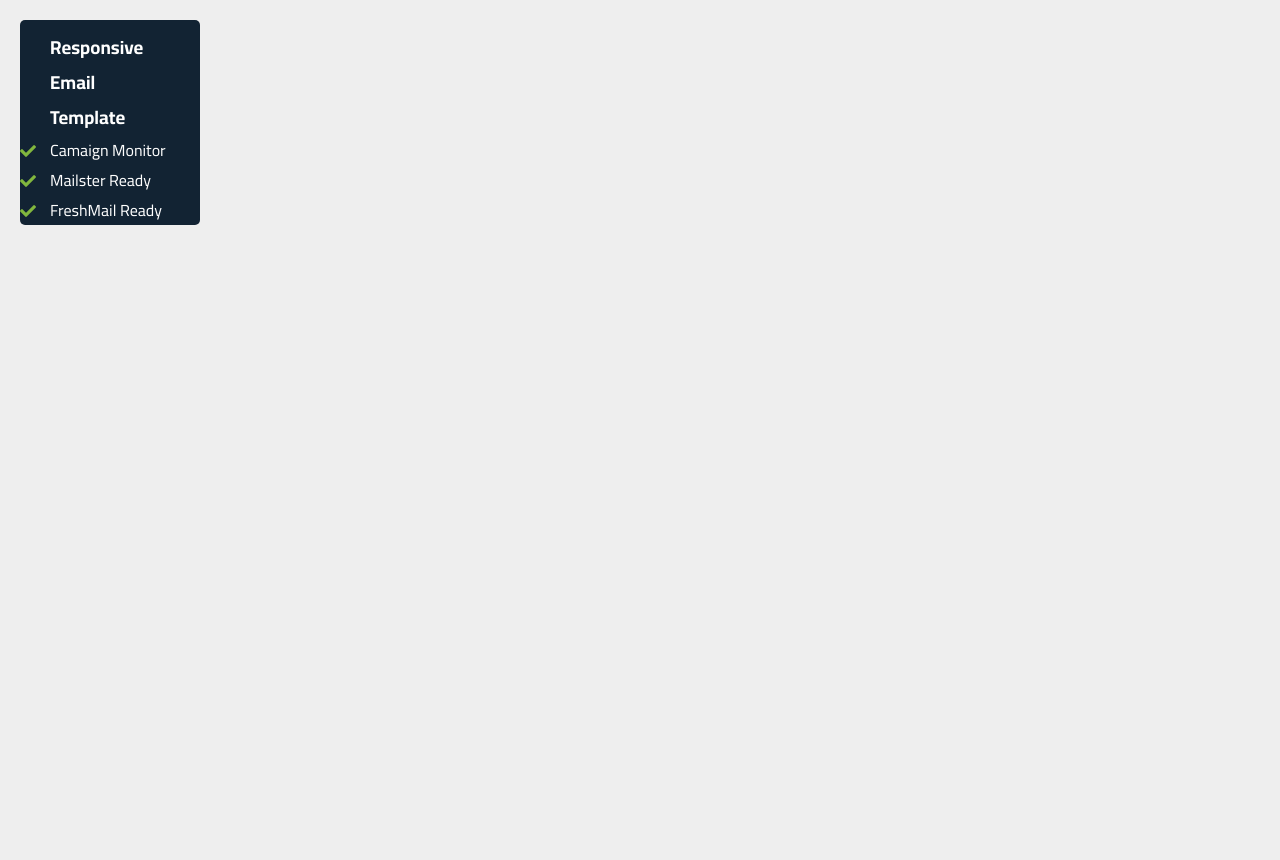
Repository: Z-ayat/Challenges
Page: Challenge 3/index.html
An editor plug-in stored every save of this project. The page is shown before and after the next save, followed by the edit.
The browser window is 1280 px wide. The pictures show the whole page.

Above is the page before, as saved 2021-09-03 23:31:11.

### Challenge 3/index.html
<!DOCTYPE html>
<html lang="en">

<head>
    <meta charset="UTF-8">
    <title>Responsive Mail</title>
    <link rel="stylesheet" href="styling/css/master.css">
    <link rel="stylesheet" href="styling/css/all.min.css">
    <link rel="preconnect" href="https://fonts.googleapis.com">
    <link rel="preconnect" href="https://fonts.gstatic.com" crossorigin>
    <link href="https://fonts.googleapis.com/css2?family=Cairo:wght@400;600;700;900&display=swap" rel="stylesheet">
</head>

<body>
    <div class="layout">
        <div class="header">
            <div class="pop">
                <h3>Responsive Email Template</h3>
                <p class="green-right">Camaign Monitor</p>
                <p class="green-right">Mailster Ready</p>
                <p class="green-right">FreshMail Ready</p>
            </div>
        </div>
        <div class="nthere">
            <div class="bord"></div>
        </div>
        <div class="cards">
            <div class="one"></div>
            <div class="two"></div>
            <div class="three"></div>
        </div>
        <div class="foot"><img src="" alt=""></div>
    </div>
</body>

</html>

### Challenge 3/styling/css/master.css
* {
    padding: 0;
    margin: 0;
    box-sizing: border-box;
}

:root {
    --maincolor: #122333;
    --secondrycolor: #ED4C21;
    --fontcolor: white;
    /* --anothercolor:; */
    --mainfont: 'Cairo', sans-serif;
}

.layout {
    padding: 20px;
    display: grid;
    grid-template-rows: repeat(4, 1fr);
}

div {
    background-color: #eee;
}

h3 {
    width: 40px;
    font-family: var(--mainfont);
    color: var(--fontcolor);
}

.green-right {
    position: relative;
    margin-left: 30px;
    color: var(--fontcolor);
    font-family: var(--mainfont);
}

.pop {
    border-radius: 5px;
    padding-top: 10px;
    width: 180px;
    background-color: var(--maincolor);
    -webkit-border-radius: 5px;
    -moz-border-radius: 5px;
    -ms-border-radius: 5px;
    -o-border-radius: 5px;
}

.pop h3 {
    margin-left: 30px;
}

.green-right::before {
    position: absolute;
    top: 8px;
    display: block;
    left: -30px;
    float: left;
    color: #81B73E;
    font-family: "Font Awesome 5 Free";
    font-weight: 900;
    content: "\f00c";
}

Loaded but not shown: Challenge 3/styling/css/all.min.css (library)

After the next save:
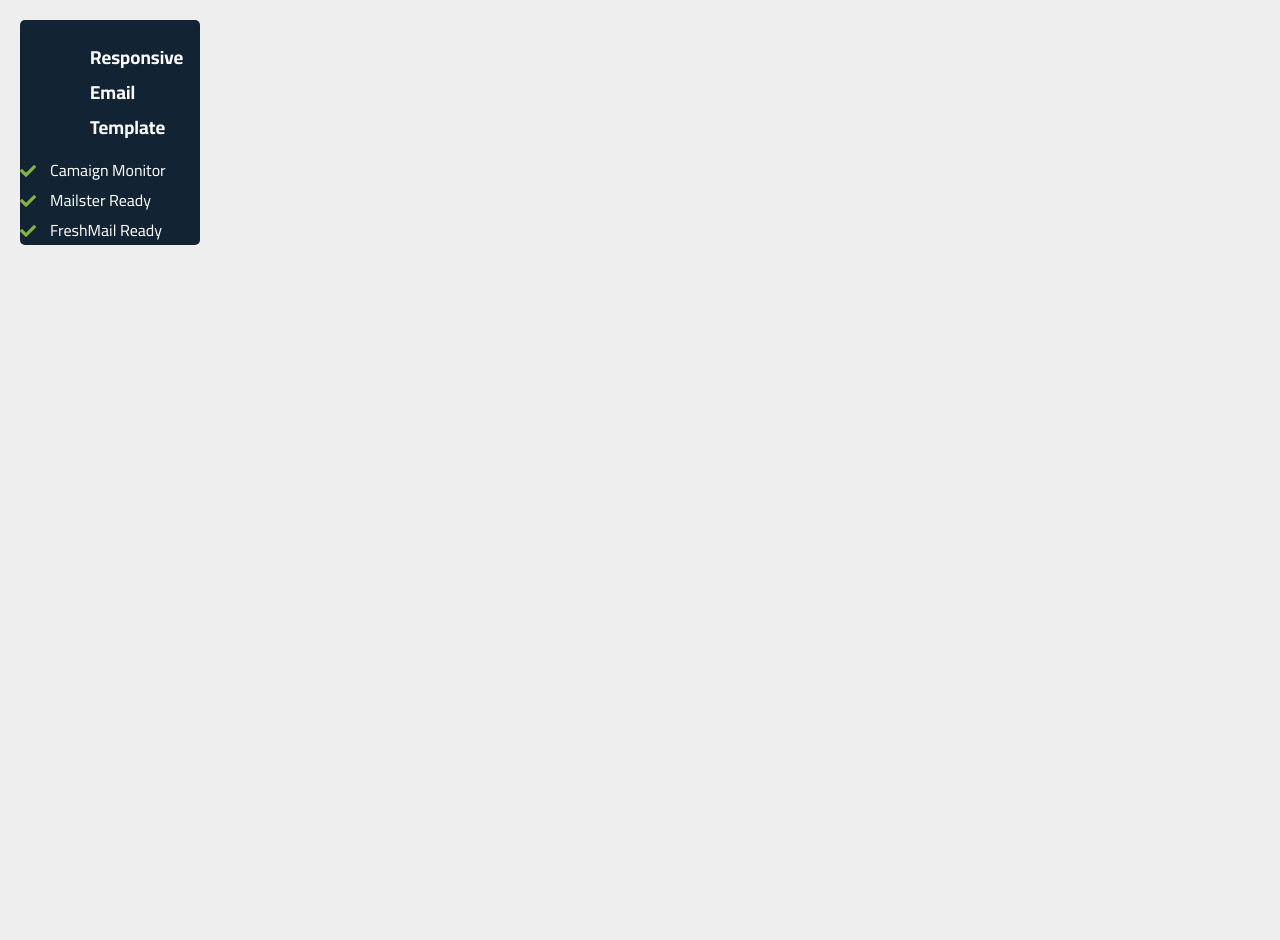
Saved 26 s later.
--- a/Challenge 3/styling/css/master.css
+++ b/Challenge 3/styling/css/master.css
@@ -47,7 +47,7 @@ h3 {
 }
 
 .pop h3 {
-    margin-left: 30px;
+    margin: 10px auto;
 }
 
 .green-right::before {
